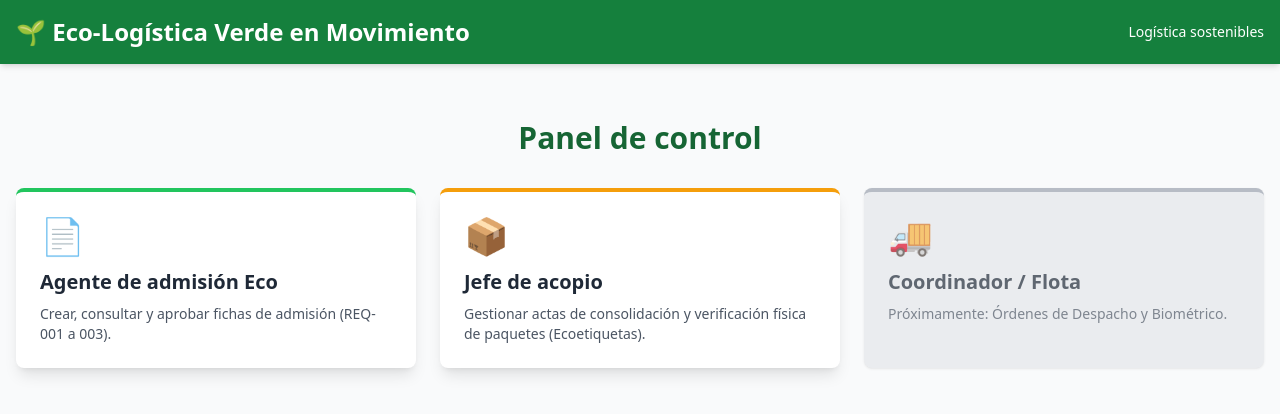
Repository: estiven322M/ProyectoSoftwareII
Page: EcoLogisticaVerdeEnMovimiento/src/main/resources/static/index.html
An editor plug-in stored every save of this project. The page is shown before and after the next save, followed by the edit.
The browser window is 1280 px wide. The pictures show the whole page.
Some web libraries are served in a nearby version.

Above is the page before, as saved 2026-04-27 02:03:06.

### EcoLogisticaVerdeEnMovimiento/src/main/resources/static/index.html
<!DOCTYPE html>
<html lang="es">
<head>
    <meta charset="UTF-8">
    <meta name="viewport" content="width=device-width, initial-scale=1.0">
    <title>Eco-Logística Verde en Movimiento</title>
    <script src="https://cdn.tailwindcss.com"></script>
</head>
<body class="bg-gray-50 text-gray-800 font-sans">

    <nav class="bg-green-700 text-white p-4 shadow-md">
        <div class="container mx-auto flex justify-between items-center">
            <h1 class="text-2xl font-bold">🌱 Eco-Logística Verde en Movimiento</h1>
            <span class="text-sm font-light">Logística sostenibles</span>
        </div>
    </nav>

    <main class="container mx-auto mt-10 p-4">
        <h2 class="text-3xl font-semibold text-center mb-8 text-green-800">Panel de control</h2>

        <div class="grid grid-cols-1 md:grid-cols-2 lg:grid-cols-3 gap-6">

            <a href="fichas.html" class="block bg-white p-6 rounded-lg shadow-lg hover:shadow-xl transition-shadow border-t-4 border-green-500">
                <div class="text-green-600 text-4xl mb-3">📄</div>
                <h3 class="text-xl font-bold mb-2">Agente de admisión Eco</h3>
                <p class="text-gray-600 text-sm">Crear, consultar y aprobar fichas de admisión (REQ-001 a 003).</p>
            </a>

			<a href="acopio.html" class="block bg-white p-6 rounded-lg shadow-lg hover:shadow-xl transition-shadow border-t-4 border-amber-500">
			                <div class="text-amber-600 text-4xl mb-3">📦</div>
			                <h3 class="text-xl font-bold mb-2">Jefe de acopio</h3>
			                <p class="text-gray-600 text-sm">Gestionar actas de consolidación y verificación física de paquetes (Ecoetiquetas).</p>
			            </a>

            <div class="block bg-gray-200 p-6 rounded-lg shadow border-t-4 border-gray-400 opacity-70 cursor-not-allowed">
                <div class="text-gray-500 text-4xl mb-3">🚚</div>
                <h3 class="text-xl font-bold mb-2">Coordinador / Flota</h3>
                <p class="text-gray-600 text-sm">Próximamente: Órdenes de Despacho y Biométrico.</p>
            </div>

        </div>
    </main>

</body>
</html>

After the next save:
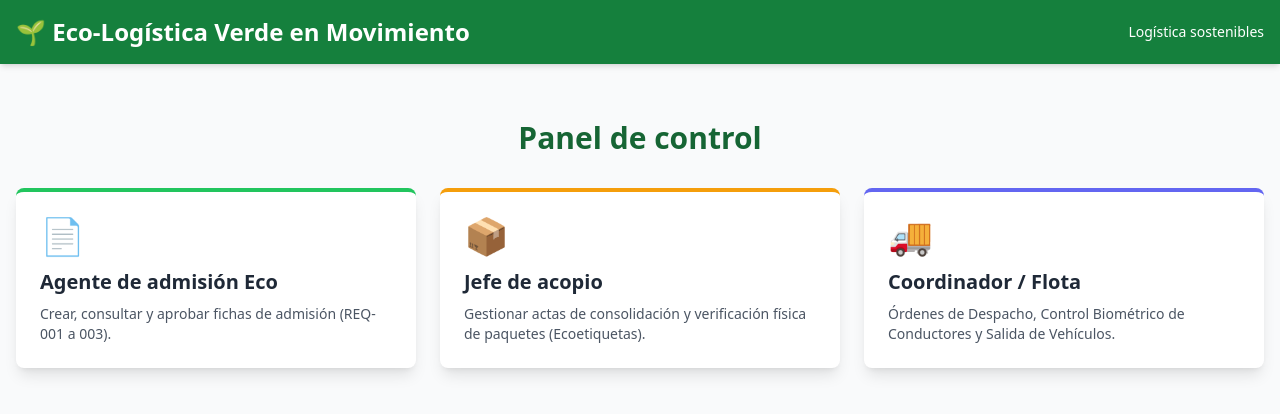
Saved 2 min 22 s later.
--- a/EcoLogisticaVerdeEnMovimiento/src/main/resources/static/index.html
+++ b/EcoLogisticaVerdeEnMovimiento/src/main/resources/static/index.html
@@ -32,11 +32,11 @@
 			                <p class="text-gray-600 text-sm">Gestionar actas de consolidación y verificación física de paquetes (Ecoetiquetas).</p>
 			            </a>
 
-            <div class="block bg-gray-200 p-6 rounded-lg shadow border-t-4 border-gray-400 opacity-70 cursor-not-allowed">
-                <div class="text-gray-500 text-4xl mb-3">🚚</div>
-                <h3 class="text-xl font-bold mb-2">Coordinador / Flota</h3>
-                <p class="text-gray-600 text-sm">Próximamente: Órdenes de Despacho y Biométrico.</p>
-            </div>
+						<a href="flota.html" class="block bg-white p-6 rounded-lg shadow-lg hover:shadow-xl transition-shadow border-t-4 border-indigo-500">
+						                <div class="text-indigo-600 text-4xl mb-3">🚚</div>
+						                <h3 class="text-xl font-bold mb-2">Coordinador / Flota</h3>
+						                <p class="text-gray-600 text-sm">Órdenes de Despacho, Control Biométrico de Conductores y Salida de Vehículos.</p>
+						            </a>
 
         </div>
     </main>
